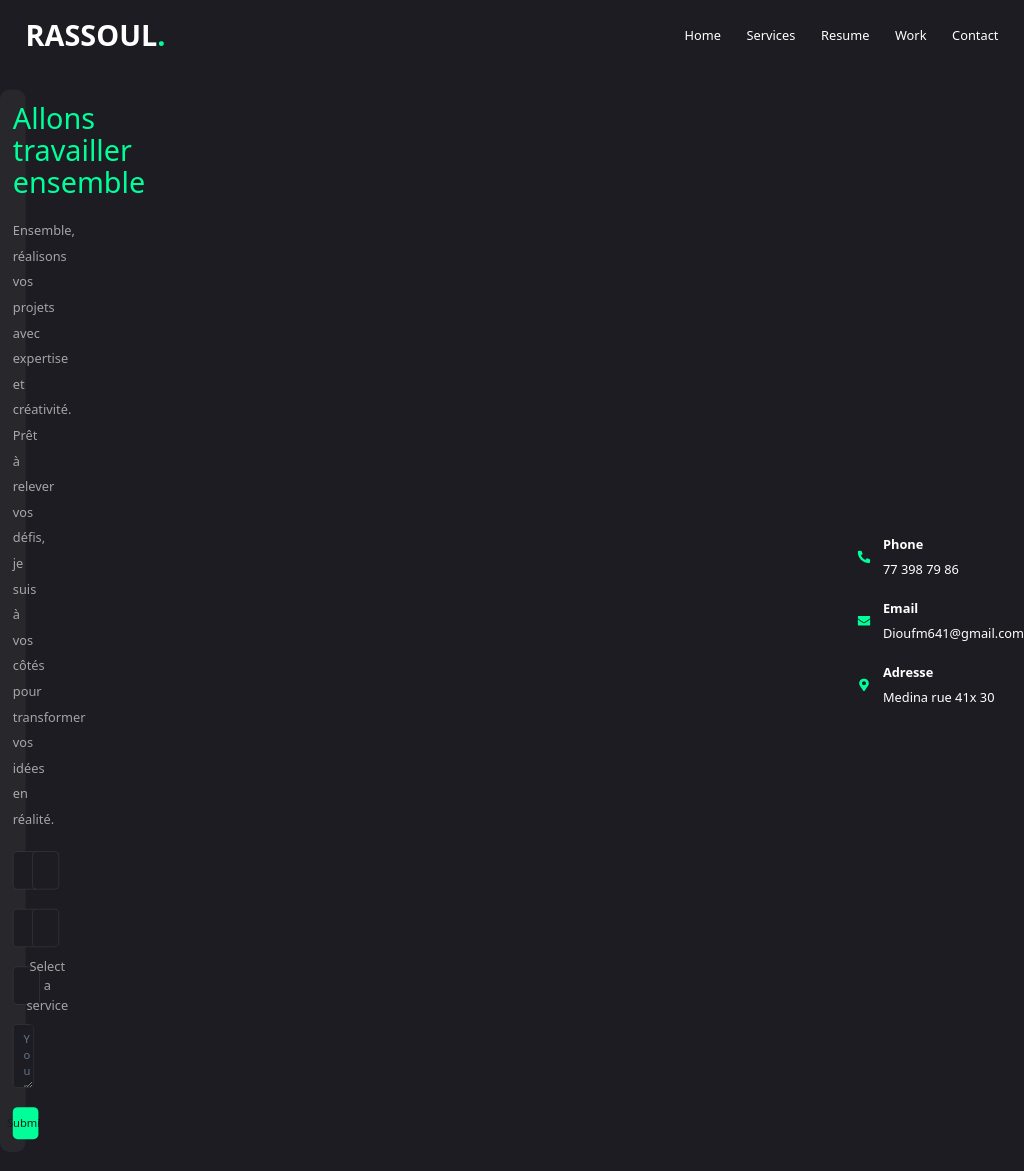
Repository: MDiouf9/portfolio2
Page: /contact
These files come from the project's save history. The page is drawn as it stood at one moment and after a run of saves; the edit follows.
The browser window is 1280 px wide. The pictures show the whole page, at 80% of full size.
The project was rebuilt for these pictures with package versions that can differ from the ones it lists, and the page was loaded fresh each time. The framework's server and built-in components were replaced by stand-ins that run in the browser. Also part of the build but not shown: next.config.mjs.

Above is the page before, as saved 2024-10-16 00:02:35.

After the next 2 saves:
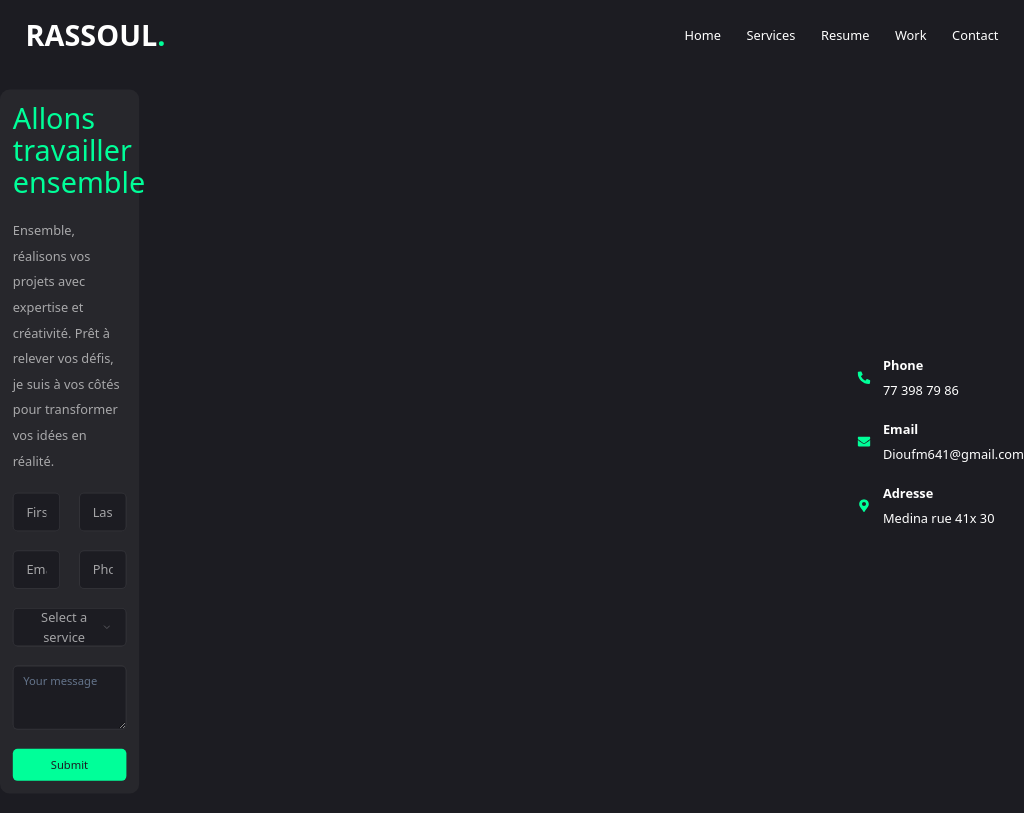
The 2 saves are shown as one change because they came seconds apart.
The last was saved 6 s later.
--- a/src/app/contact/page.tsx
+++ b/src/app/contact/page.tsx
@@ -46,7 +46,7 @@ const Contact = () => {
         <div className="flex flex-col   xl:flex-row gap-[30px]">
           {/* Formulaire de contact */}
           <div className="  xl:h-[54%] order-2  xl:order-none ">
-            <form className="flex flex-col w-1 gap-6 p-4 bg-[#27272c] rounded-xl ">
+            <form className="flex flex-col w-1/6 gap-6 p-4 bg-[#27272c] rounded-xl ">
               <h3 className="text-4xl text-accent"> Allons travailler ensemble</h3>
               <p className="text-white/60">
 
